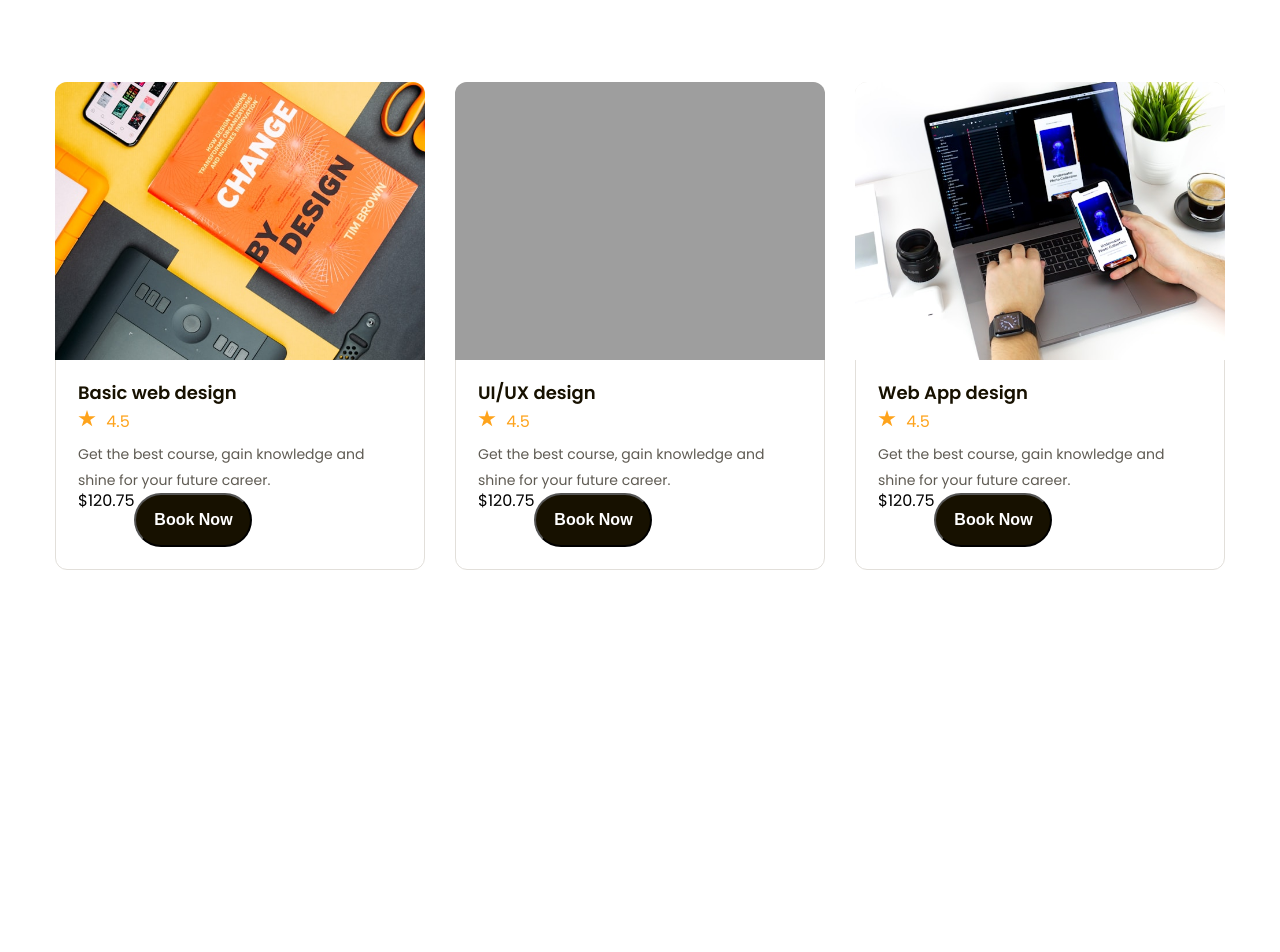
Repository: vancong171001/f8-html-css-02
Page: index.html
An editor plug-in stored every save of this project. The page is shown before and after the next save, followed by the edit.
The browser window is 1280 px wide. The pictures show the part of the page from y = 1217 to 2169 px (the page is 5000 px tall).
Pictures or frames that could not be fetched are drawn as grey boxes. A picture or video elsewhere on the page could not be fetched, so the positions and the page height are approximate.

Above is the page before, as saved 2025-03-11 14:27:17.

After the next save:
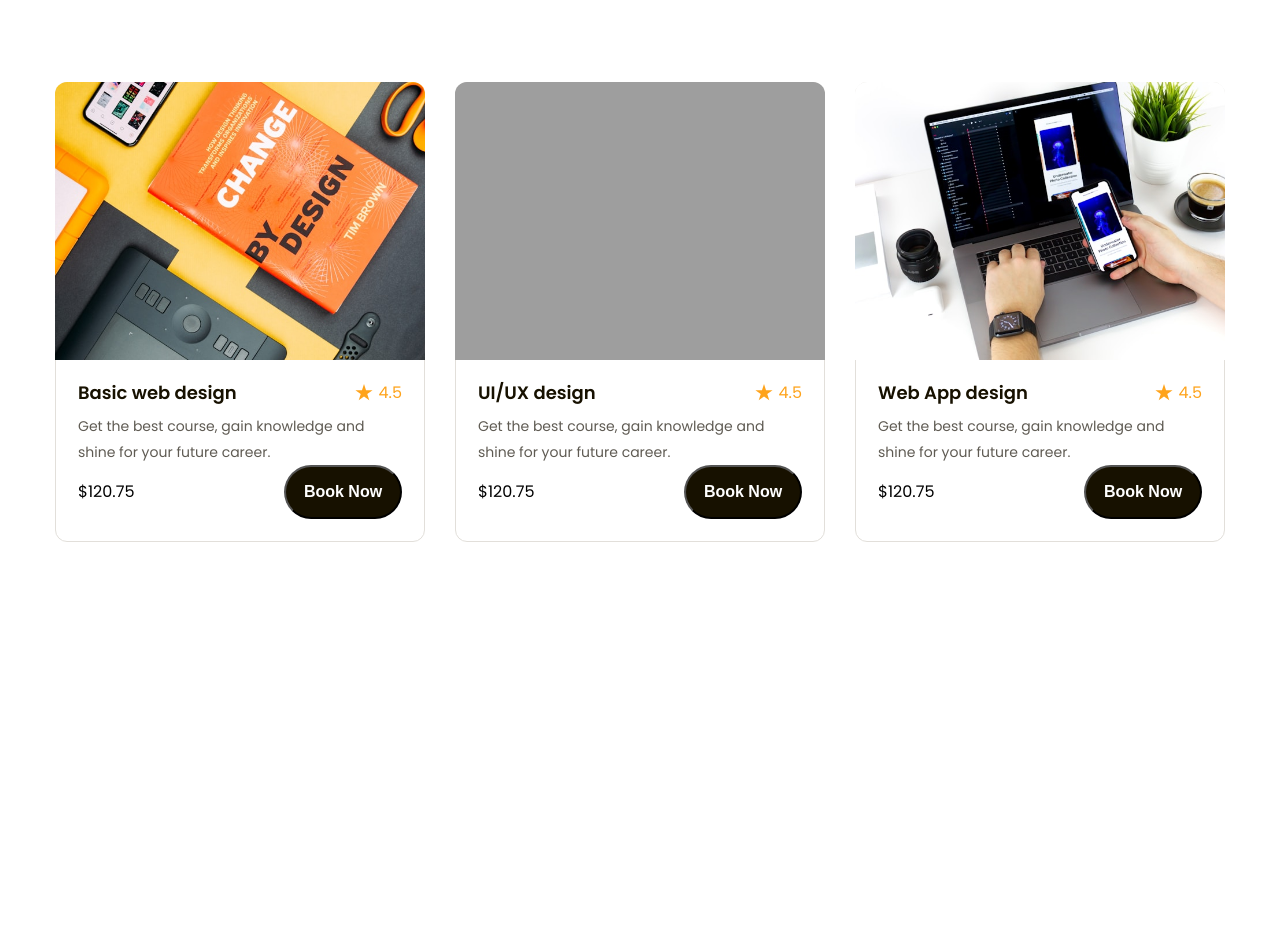
Saved 7 s later.
--- a/assets/css/style.css
+++ b/assets/css/style.css
@@ -336,8 +336,7 @@
 
 .popular .course-item .head,
 .popular .course-item .rating,
-
-{
+.popular .course-item .foot {
   display: flex;
   justify-content: space-between;
   align-items: center;
